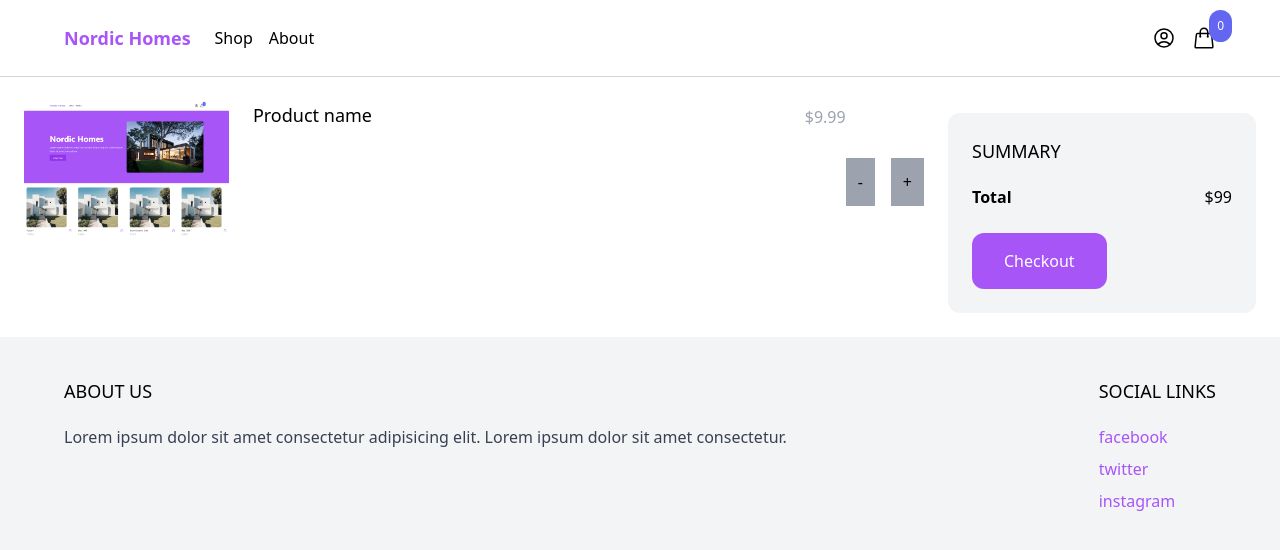
Repository: Calin224/NordicHomes
Page: cart/templates/cart/cart.html
These files come from the project's save history. The page is drawn as it stood at one moment and after the next save; the edit follows.
The browser window is 1280 px wide. The pictures show the whole page.
Some web libraries are served in a nearby version. The template is drawn by Django 4.2. The application's start-up code is not run. The template is opened directly, without the code that normally fills it, so the values that code supplies are empty.

Above is the page before, as saved 2023-02-16 20:40:55.

After the next save:
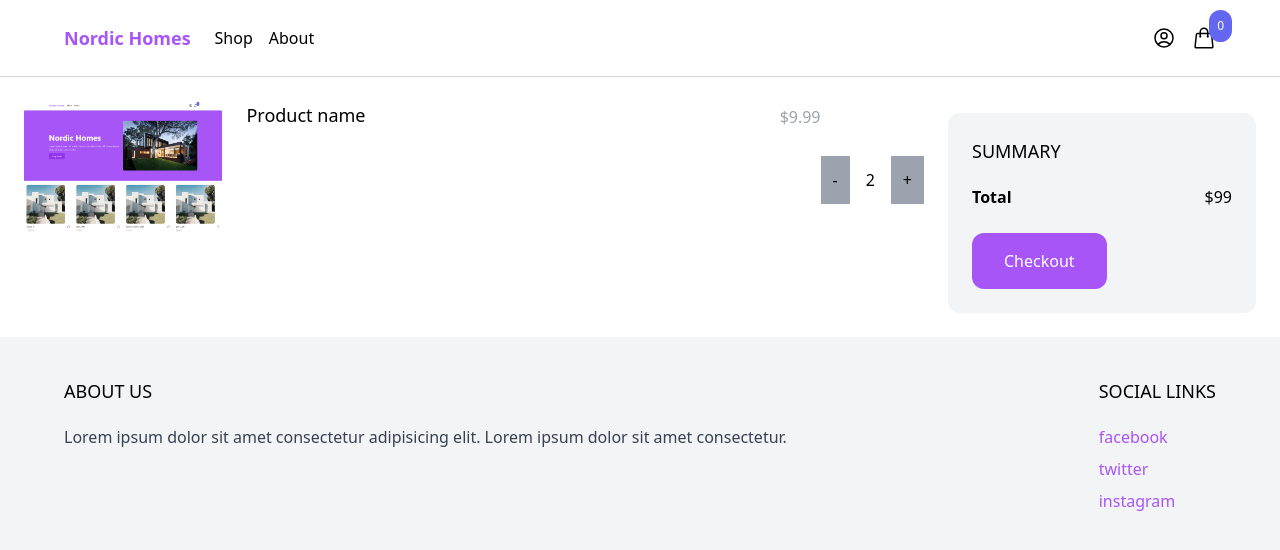
Saved 11 s later.
--- a/cart/templates/cart/cart.html
+++ b/cart/templates/cart/cart.html
@@ -20,6 +20,7 @@
 
             <div class="quantity mt-6 flex items-center space-x-4">
                 <a href="#" class="p-3 bg-gray-400">-</a>
+                <span>2</span>
                 <a href="#" class="p-3 bg-gray-400">+</a>
             </div>
         </div>
